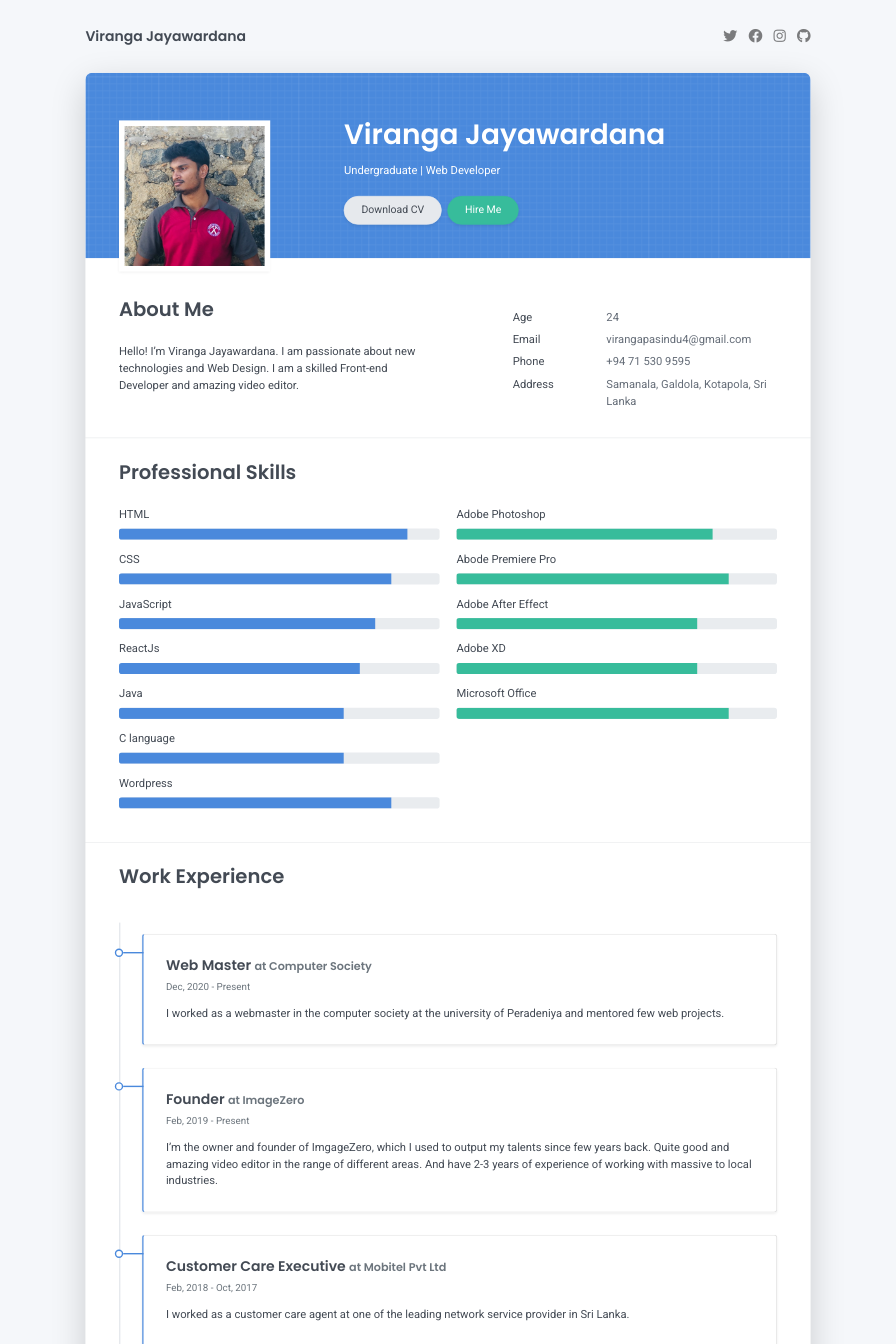
Repository: virangaj/resume
Page: index.html
An editor plug-in stored every save of this project. The page is shown before and after the next save, followed by the edit.
The browser window is 1280 px wide. The pictures show the part of the page from y = 0 to 1920 px (the page is 4685 px tall before and 4672 px after), at 70% of full size.

Above is the page before, as saved 2021-08-31 20:32:44.

After the next save:
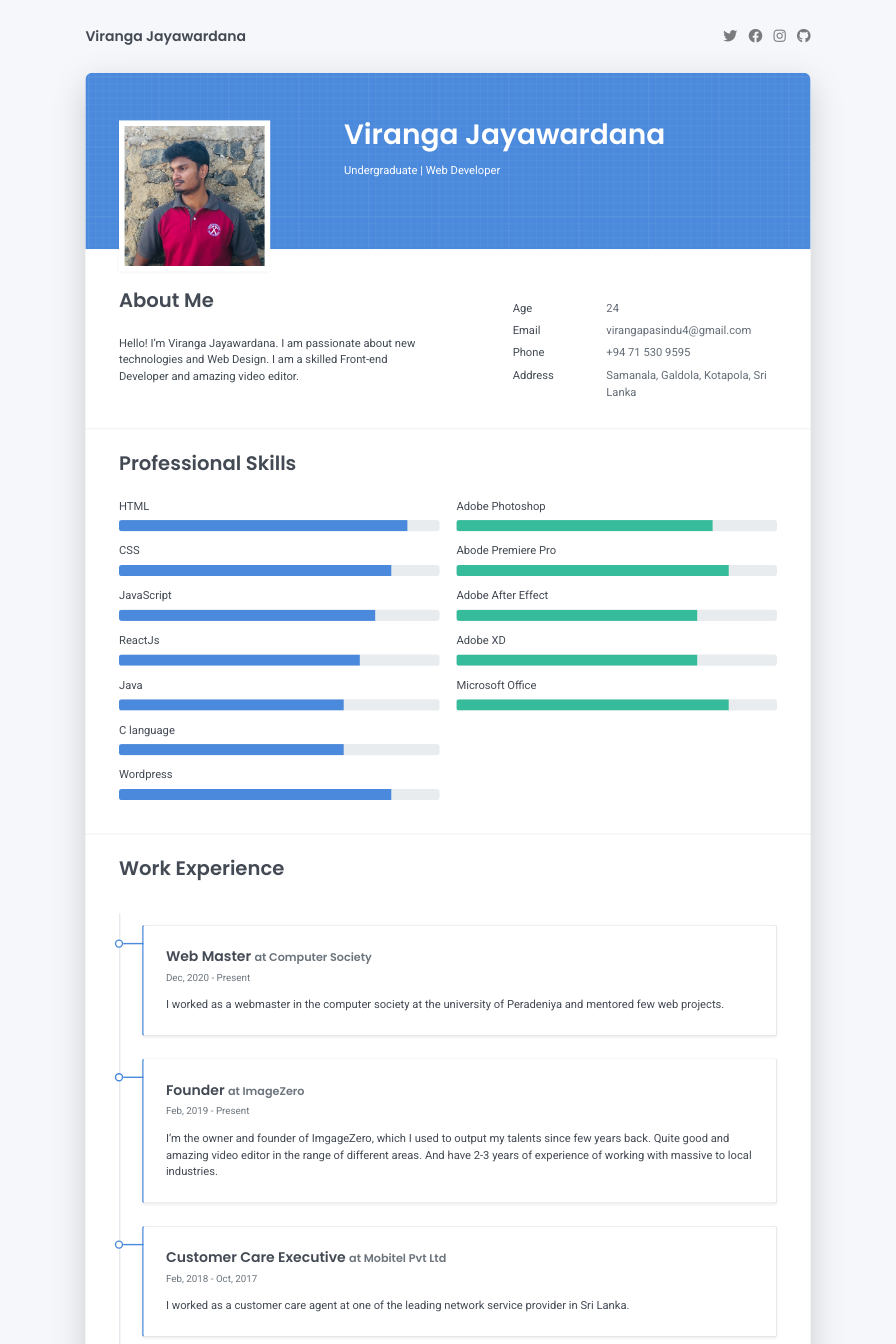
Saved 18 min 47 s later.
--- a/index.html
+++ b/index.html
@@ -108,7 +108,7 @@
 								<p data-aos="fade-left" data-aos-delay="100">
 									Undergraduate | Web Developer
 								</p>
-								<div
+								<!-- <div
 									class="d-print-none"
 									data-aos="fade-left"
 									data-aos-delay="200"
@@ -121,7 +121,7 @@
 									><a class="btn btn-success shadow-sm mt-1" href="#contact"
 										>Hire Me</a
 									>
-								</div>
+								</div> -->
 							</div>
 						</div>
 					</div>
